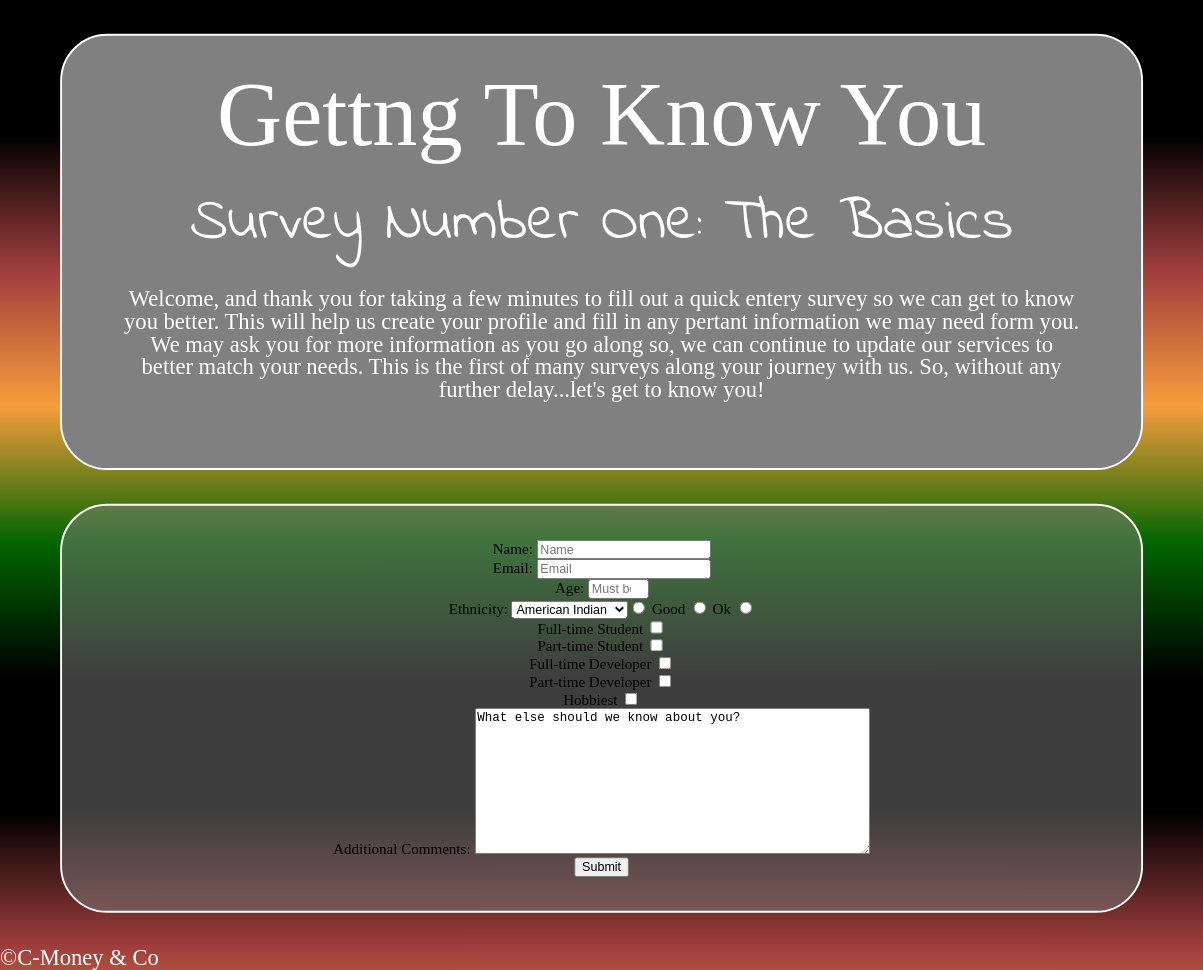
Repository: ctcoleman/surveyForm
Page: index.html
These files come from the project's save history. The page is drawn as it stood at one moment and after a run of saves; the edit follows.
The browser window is 1280 px wide. The pictures show the whole page, at 94% of full size.
Some web fonts or font styles are not loaded; a fallback is used.

Above is the page before, as saved 2020-06-29 11:08:52.

After the next 2 saves:
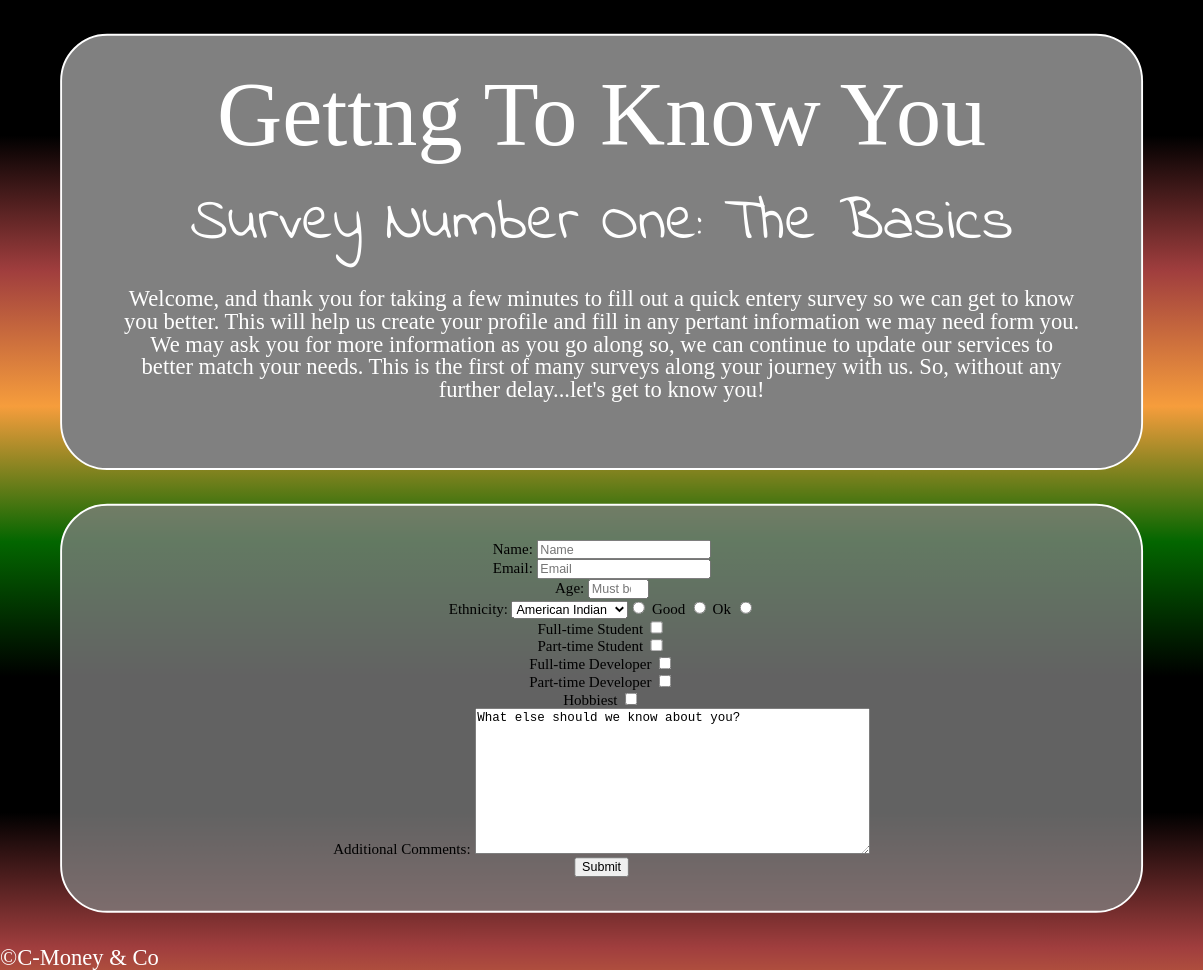
The 2 saves are shown as one change because they came seconds apart.
The last was saved 8 s later.
--- a/assets/stylesheets/index.css
+++ b/assets/stylesheets/index.css
@@ -108,7 +108,7 @@ header {
 */
 
 #surveyForm {
-  background: rgba(128, 128, 128, 0.486);
+  background: rgba(128, 128, 128, 0.767);
   padding: 5vh 5vw;
   margin: 5vh 5vw;
   text-align: center;
